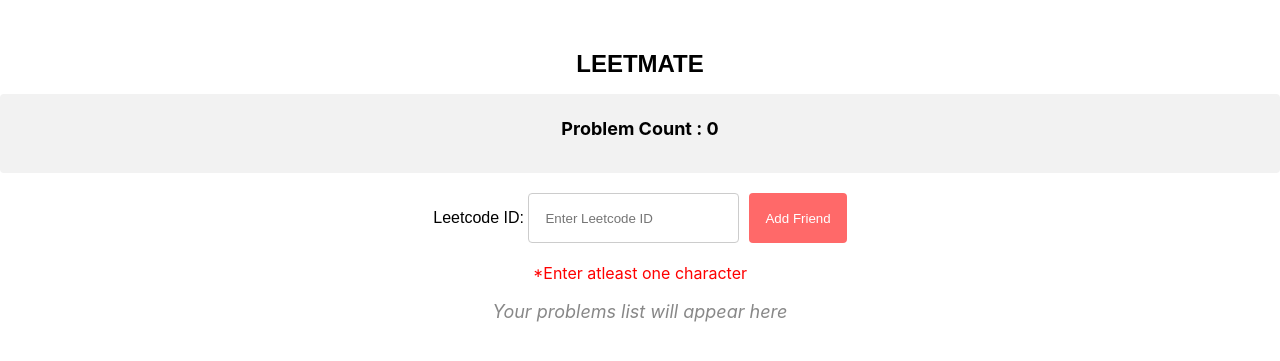
Repository: Sanketh149/leetcode-discord
Page: /
The author's editor kept a copy of each file at every save. The page is drawn from the files as they stood at one save, then again after the next save.
The browser window is 1280 px wide. The pictures show the whole page.
The project was rebuilt for these pictures with package versions that can differ from the ones it lists, and the page was loaded fresh each time. Also part of the build but not shown: src/Modal.module.css, src/Modal.js, src/Cart.module.css, src/Cart.js.

Above is the page before, as saved 2023-06-21 18:23:45.

After the next save:
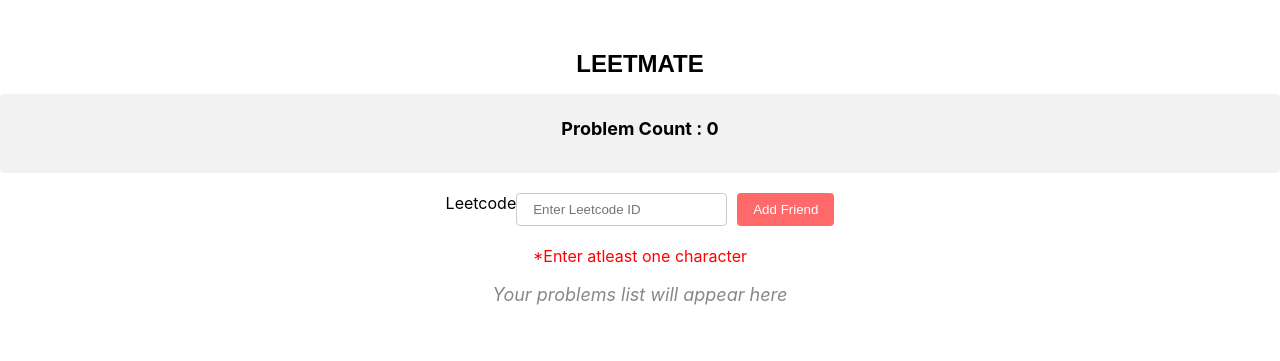
Saved 13 s later.
--- a/src/App.js
+++ b/src/App.js
@@ -86,10 +86,7 @@
         <p className="problemCount">Problem Count : {user.length}</p>
       </div>
       <form onSubmit={handleSubmit} className="app__form">
-        <label>
-          {" "}
-          <pre>Leetcode ID: </pre>
-        </label>
+        <label> Leetcode</label>
         <input
           type="text"
           value={username}
